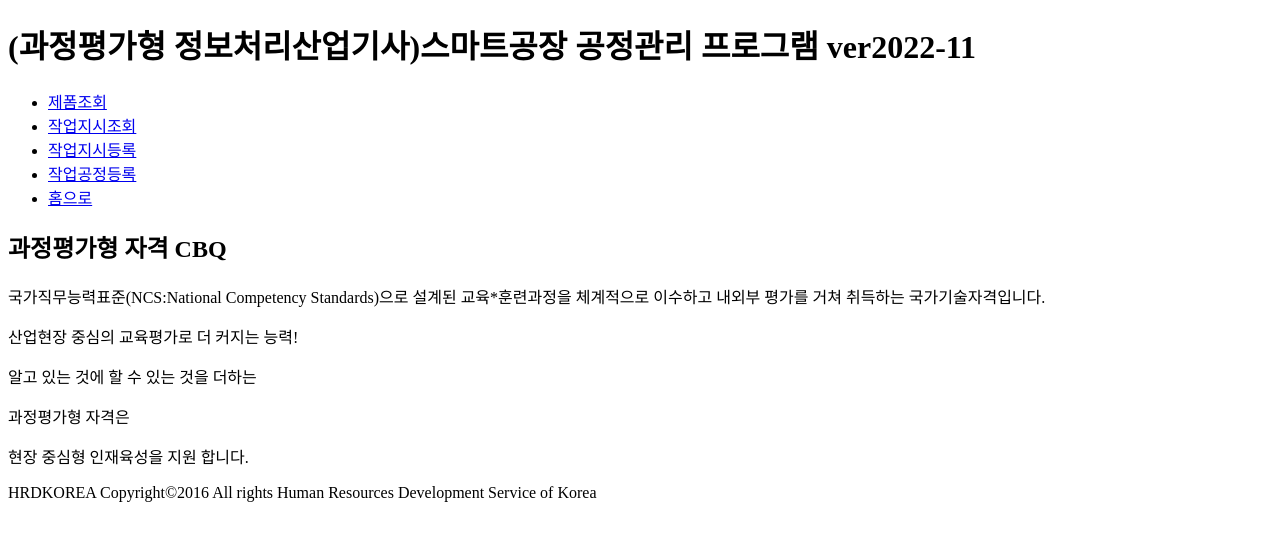
Repository: anakyn01/exam
Page: http://localhost/smart_5/sub1.jsp
An editor plug-in stored every save of this project. The page is shown before and after the next save, followed by the edit.
The browser window is 1280 px wide. The pictures show the whole page.
The page is served by Tomcat 9.

Above is the page before, as saved 2025-01-06 07:02:40.

After the next save:
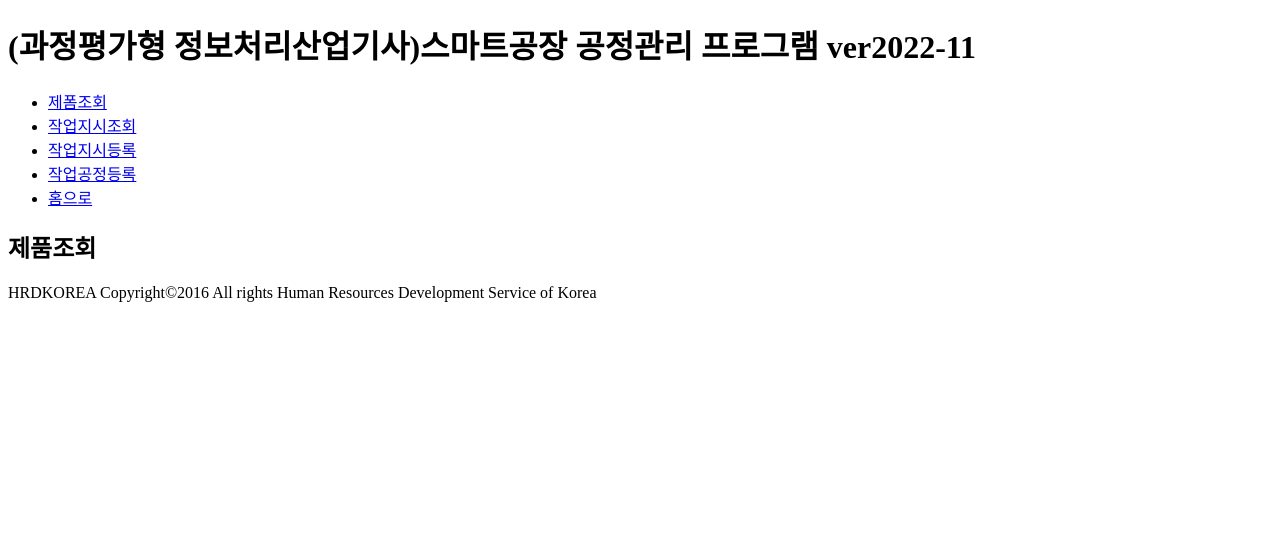
Saved 91 s later.
--- a/smart_5/src/main/webapp/sub1.jsp
+++ b/smart_5/src/main/webapp/sub1.jsp
@@ -2,6 +2,8 @@
     pageEncoding="UTF-8"%>
 <jsp:include page="include/header.jsp"/>
 
-<jsp:include page="include/body.jsp"/>
+<section>
+<h2>제품조회</h2>
+</section>
 
 <jsp:include page="include/footer.jsp"/>
